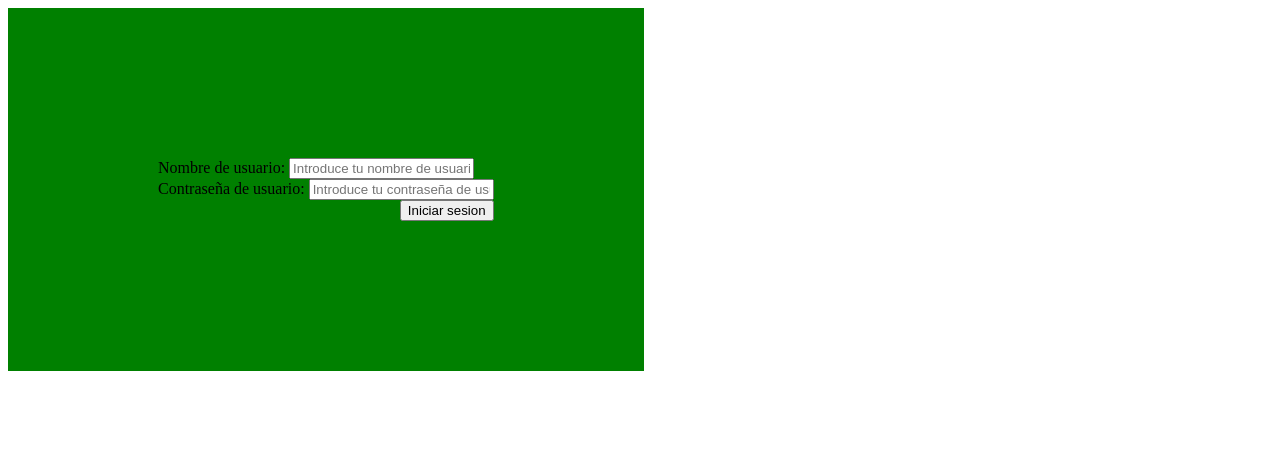
Repository: angegon/Developing-Applications-for-the-Java-EE-Platform
Page: javaee/08_ejemplo_fordward_login/WebContent/login.html
These files come from the project's save history. The page is drawn as it stood at one moment and after the next save; the edit follows.
The browser window is 1280 px wide. The pictures show the whole page.

Above is the page before, as saved 2016-12-21 15:57:14.

### javaee/08_ejemplo_fordward_login/WebContent/login.html
<!DOCTYPE html>
<html>
<head>
<meta charset="ISO-8859-1">
<title>Insert title here</title>
</head>
<body>

<form action="comprobarPassword" method="post">
<div style="float:left; background-color: green; padding: 150px 150px 150px 150px">
	Nombre de usuario: <input type="text" name="usuario" placeholder="Introduce tu nombre de usuario"/>
	</br>
	Contraseña de usuario: <input type="password" name="password" placeholder="Introduce tu contraseña de usuario"/>
	</br>
	<div style="float:right">
	<input type="submit" value="Iniciar sesion"/>
	</div>
</div>

</form>
</body>
</html>

After the next save:
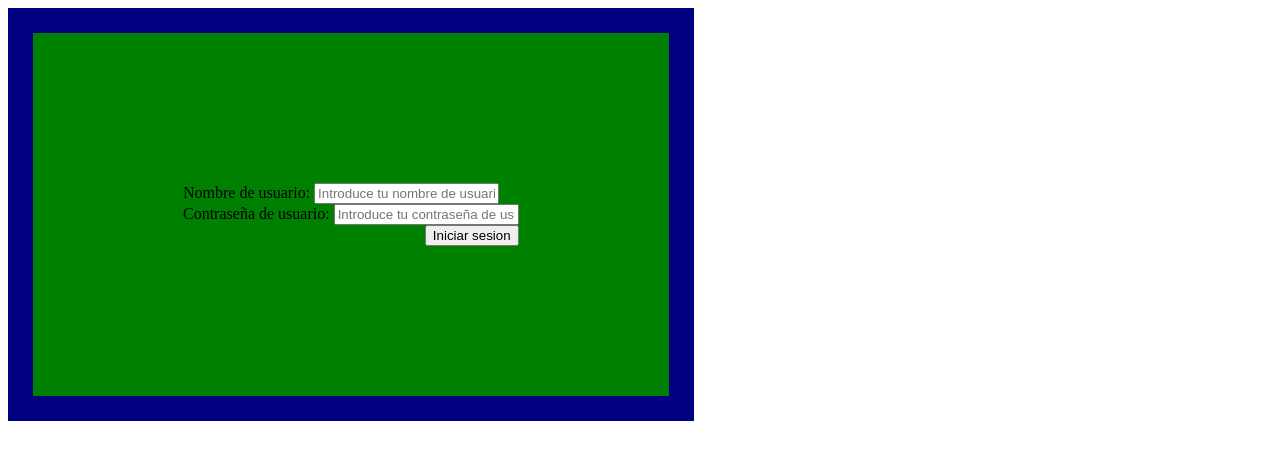
Saved 99 s later.
--- a/javaee/08_ejemplo_fordward_login/WebContent/login.html
+++ b/javaee/08_ejemplo_fordward_login/WebContent/login.html
@@ -7,7 +7,7 @@
 <body>
 
 <form action="comprobarPassword" method="post">
-<div style="float:left; background-color: green; padding: 150px 150px 150px 150px">
+<div style="float:left; background-color: green; padding: 150px 150px 150px 150px; border: 25px solid navy">
 	Nombre de usuario: <input type="text" name="usuario" placeholder="Introduce tu nombre de usuario"/>
 	</br>
 	Contraseña de usuario: <input type="password" name="password" placeholder="Introduce tu contraseña de usuario"/>
